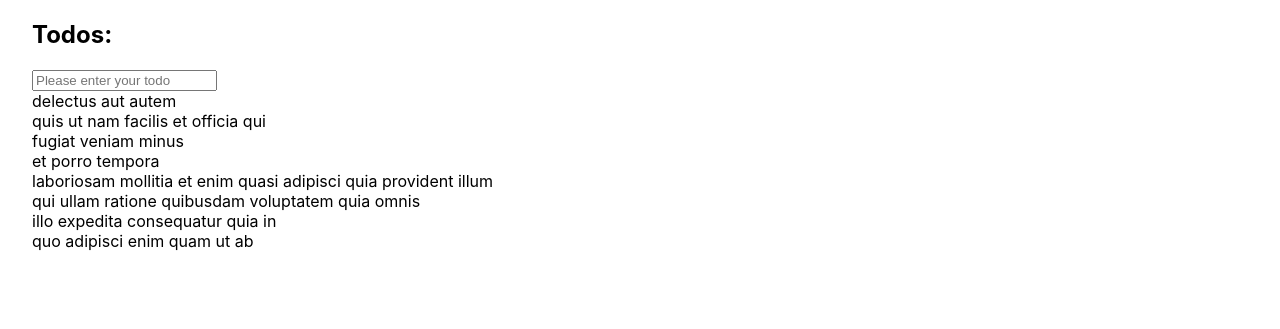
Repository: vhoreho/react
Page: / (app in myapp/)
These files come from the project's save history. The page is drawn as it stood at one moment and after the next save; the edit follows.
The browser window is 1280 px wide. The pictures show the whole page.
The project was rebuilt for these pictures with package versions that can differ from the ones it lists, and the page was loaded fresh each time.

Above is the page before, as saved 2022-08-08 21:30:15.

### myapp/src/App.js
import './App.css';
import Todos from './components/Todos';

function App() {
  return (
    <div className="App">
      <Todos />
    </div>
  );
}

export default App;

### myapp/src/App.css
.App {
  max-width: 960px;
  margin-inline: 2rem;
}

### myapp/src/components/Todos.js
import React, { useState } from 'react'
import { todos as initialState } from '../data'
import TodoItem from './TodoItem';
import Input from './Input';

export default function Todos() {
    const [todos, setTodos] = useState(initialState);

    return (
        <div>
            <h2>Todos:</h2>
            <Input />
            <ul style={{
                listStyle: 'none',
                padding: 0,
                margin: 0
            }}>
                {todos.map(todo => <TodoItem key={todo.id} {...todo} />)}
            </ul>
        </div>
    )
}

### myapp/src/data/index.js
export const todos = [
  {
    "userId": 1,
    "id": 1,
    "title": "delectus aut autem",
    "completed": false
  },
  {
    "userId": 1,
    "id": 2,
    "title": "quis ut nam facilis et officia qui",
    "completed": false
  },
  {
    "userId": 1,
    "id": 3,
    "title": "fugiat veniam minus",
    "completed": false
  },
  {
    "userId": 1,
    "id": 4,
    "title": "et porro tempora",
    "completed": true
  },
  {
    "userId": 1,
    "id": 5,
    "title": "laboriosam mollitia et enim quasi adipisci quia provident illum",
    "completed": false
  },
  {
    "userId": 1,
    "id": 6,
    "title": "qui ullam ratione quibusdam voluptatem quia omnis",
    "completed": false
  },
  {
    "userId": 1,
    "id": 7,
    "title": "illo expedita consequatur quia in",
    "completed": false
  },
  {
    "userId": 1,
    "id": 8,
    "title": "quo adipisci enim quam ut ab",
    "completed": true
  }
]

### myapp/src/components/TodoItem.js
import React from 'react'

export default function TodoItem(props) {
    const { id, copmpleted, title } = props;
    return (
        <li>
            {title}
        </li>
    )
}

### myapp/src/components/Input.js
import React from 'react'

export default function Input() {
  return (
    <input placeholder='Please enter your todo' />
  )
}

Loaded but not shown: myapp/public/index.html (common file); myapp/src/index.js (common file); myapp/src/index.css (common file)

After the next save:
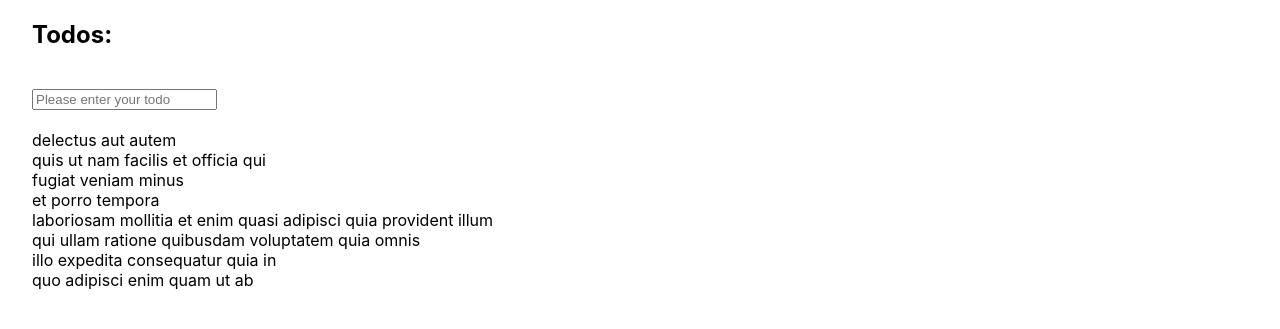
Saved 42 s later.
--- a/myapp/src/components/Input.js
+++ b/myapp/src/components/Input.js
@@ -2,6 +2,11 @@
 
 export default function Input() {
   return (
-    <input placeholder='Please enter your todo' />
+    <input
+      placeholder='Please enter your todo'
+      style={{
+        margin: '20px 0'
+      }}
+    />
   )
 }
